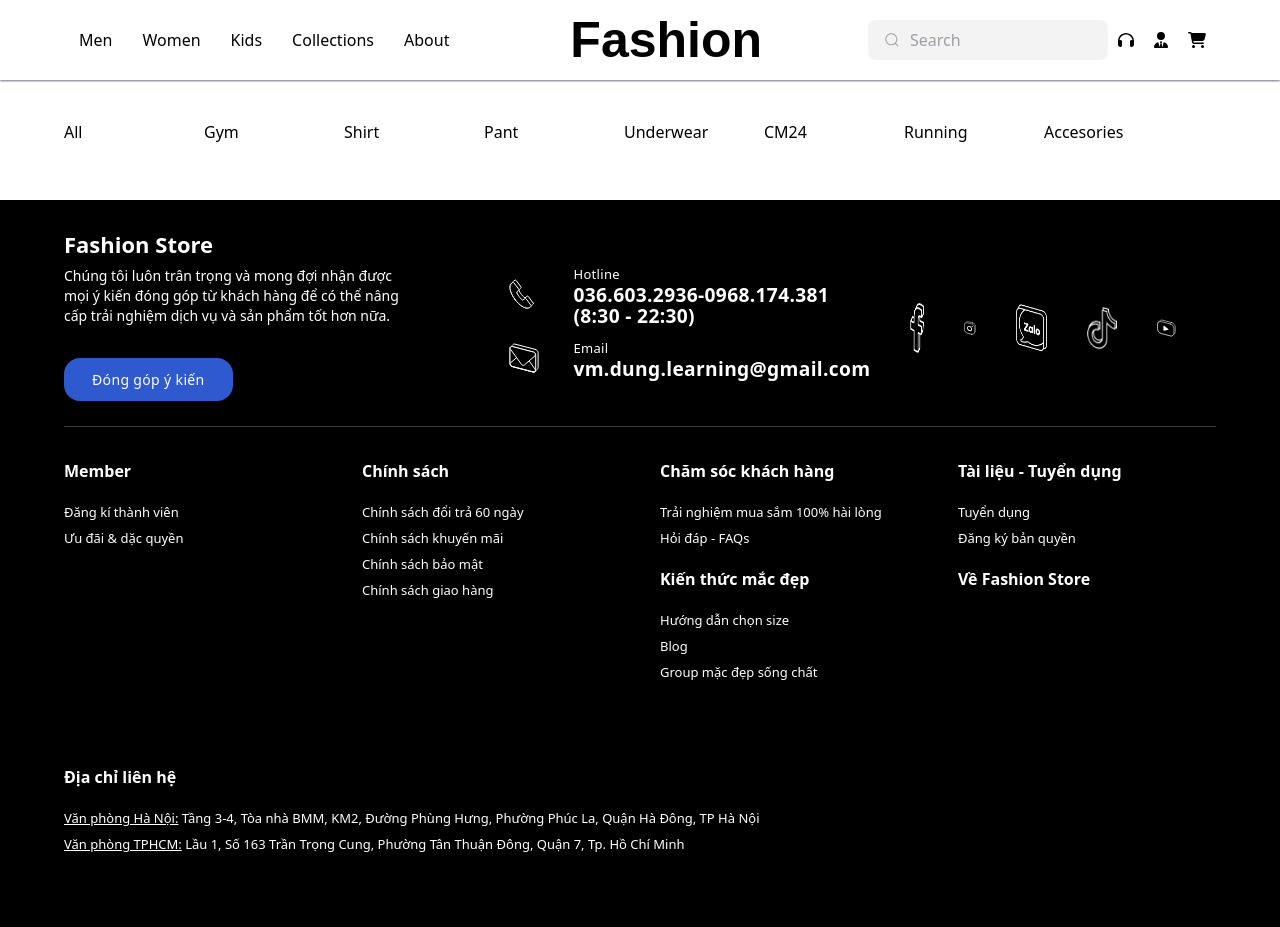
Repository: VuSnow/Software_Engineering
Page: /products
An editor plug-in stored every save of this project. The page is shown before and after the next save, followed by the edit.
The browser window is 1280 px wide. The pictures show the whole page.
The project was rebuilt for these pictures with package versions that can differ from the ones it lists, and the page was loaded fresh each time. The framework's server and built-in components were replaced by stand-ins that run in the browser. Also part of the build but not shown: next.config.js, src/components/cart/CartItem/CartItem.tsx, src/components/cart/Cart.tsx.

Above is the page before, as saved 2023-06-25 10:26:37.

After the next save:
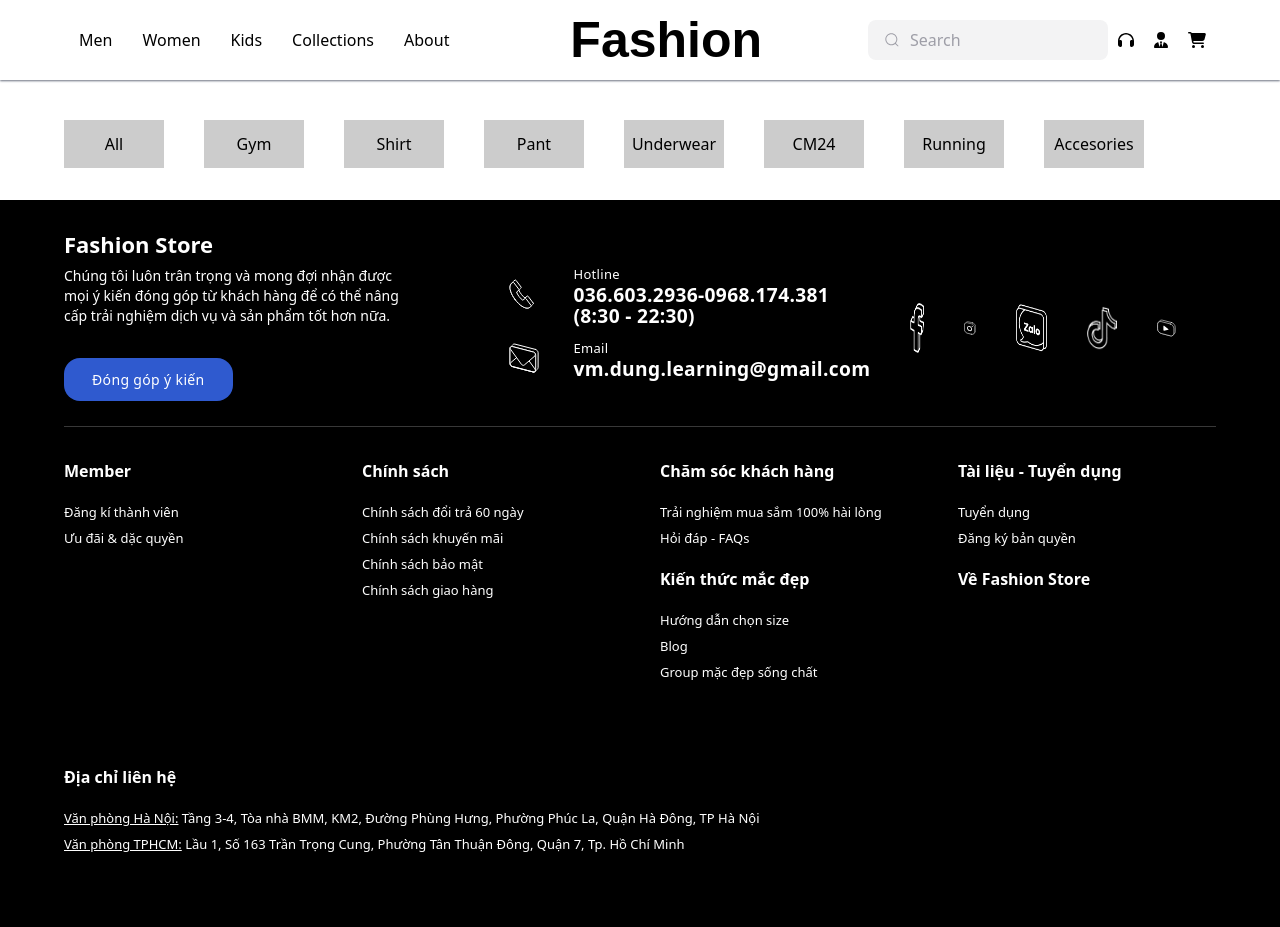
Saved 2 min 12 s later.
--- a/src/app/products/page.tsx
+++ b/src/app/products/page.tsx
@@ -7,28 +7,52 @@ const Products = () => {
       <div className="container mt-10">
         <div className="categories-list">
           <div className="tab-header flex gap-10">
-            <Link href="#" className="w-[100px] h-12">
+            <Link
+              href="#"
+              className="w-[100px] h-12 bg-[#ccc] flex items-center justify-center flex-col min-w-[100px]"
+            >
               All
             </Link>
-            <Link href="#" className="w-[100px] h-12">
+            <Link
+              href="#"
+              className="w-[100px] h-12 bg-[#ccc] flex items-center justify-center flex-col min-w-[100px]"
+            >
               Gym
             </Link>
-            <Link href="#" className="w-[100px] h-12">
+            <Link
+              href="#"
+              className="w-[100px] h-12 bg-[#ccc] flex items-center justify-center flex-col min-w-[100px]"
+            >
               Shirt
             </Link>
-            <Link href="#" className="w-[100px] h-12">
+            <Link
+              href="#"
+              className="w-[100px] h-12 bg-[#ccc] flex items-center justify-center flex-col min-w-[100px]"
+            >
               Pant
             </Link>
-            <Link href="#" className="w-[100px] h-12">
+            <Link
+              href="#"
+              className="w-[100px] h-12 bg-[#ccc] flex items-center justify-center flex-col min-w-[100px]"
+            >
               Underwear
             </Link>
-            <Link href="#" className="w-[100px] h-12">
+            <Link
+              href="#"
+              className="w-[100px] h-12 bg-[#ccc] flex items-center justify-center flex-col min-w-[100px]"
+            >
               CM24
             </Link>
-            <Link href="#" className="w-[100px] h-12">
+            <Link
+              href="#"
+              className="w-[100px] h-12 bg-[#ccc] flex items-center justify-center flex-col min-w-[100px]"
+            >
               Running
             </Link>
-            <Link href="#" className="w-[100px] h-12">
+            <Link
+              href="#"
+              className="w-[100px] h-12 bg-[#ccc] flex items-center justify-center flex-col min-w-[100px]"
+            >
               Accesories
             </Link>
           </div>
